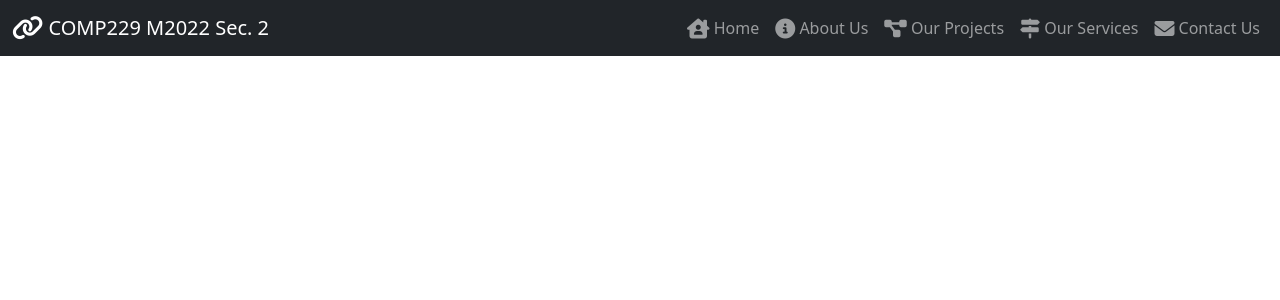
Repository: kennixfun/COMP229-M2022-Lab
Page: / (app in Front-End/)
These files come from the project's save history. The page is drawn as it stood at one moment and after the next save; the edit follows.
The browser window is 1280 px wide. The pictures show the whole page.
The project was rebuilt for these pictures with package versions that can differ from the ones it lists, and the page was loaded fresh each time. Also part of the build but not shown: Front-End/src/App.css.

Above is the page before, as saved 2022-07-19 20:02:00.

### Front-End/public/index.html
<!DOCTYPE html>
<html lang="en">
  <head>
    <meta charset="utf-8" />
    <link rel="icon" href="%PUBLIC_URL%/favicon.ico" />
    <meta name="viewport" content="width=device-width, initial-scale=1" />
    <meta name="theme-color" content="#000000" />
    <meta
      name="description"
      content="Web site created using create-react-app"
    />
    <link rel="apple-touch-icon" href="%PUBLIC_URL%/logo192.png" />
    <!--
      manifest.json provides metadata used when your web app is installed on a
      user's mobile device or desktop. See https://developers.google.com/web/fundamentals/web-app-manifest/
    -->
    <link rel="manifest" href="%PUBLIC_URL%/manifest.json" />
    <!--
      Notice the use of %PUBLIC_URL% in the tags above.
      It will be replaced with the URL of the `public` folder during the build.
      Only files inside the `public` folder can be referenced from the HTML.

      Unlike "/favicon.ico" or "favicon.ico", "%PUBLIC_URL%/favicon.ico" will
      work correctly both with client-side routing and a non-root public URL.
      Learn how to configure a non-root public URL by running `npm run build`.
    -->
    <title>COMP 229</title>
  </head>
  <body>
    <noscript>You need to enable JavaScript to run this app.</noscript>
    <div id="root"></div>
    <!--
      This HTML file is a template.
      If you open it directly in the browser, you will see an empty page.

      You can add webfonts, meta tags, or analytics to this file.
      The build step will place the bundled scripts into the <body> tag.

      To begin the development, run `npm start` or `yarn start`.
      To create a production bundle, use `npm run build` or `yarn build`.
    -->
  </body>
</html>

### Front-End/src/App.tsx
import React from 'react';
import { BrowserRouter, Route, Routes } from 'react-router-dom';

// Common Components
import Header from './components/header';

// Content Components
import Home from './content/home';

// Styles and Fonts
import 'bootstrap/dist/css/bootstrap.min.css';
import '@fortawesome/fontawesome-free/css/all.min.css';
import './App.css';

function App() {
  return (
    <div className="App">
      <BrowserRouter>
        <Header></Header>

        {/* Client-Side Routing */}
        <Routes>
          <Route path="/" />
        </Routes>

      </BrowserRouter>
    </div>
  );
}

export default App;

### Front-End/src/components/header.tsx
import React from 'react';
import { NavLink } from 'react-router-dom';

function Header()
{
    return (
        <nav className="navbar navbar-expand-lg navbar-dark bg-dark">
    <div className="container-fluid">
      <NavLink to={"/"} className="navbar-brand"><i className="fa-solid fa-link fa-lg"></i> COMP229 M2022 Sec. 2</NavLink>
      <button className="navbar-toggler" type="button" data-bs-toggle="collapse" data-bs-target="#navbarSupportedContent" aria-controls="navbarSupportedContent" aria-expanded="false" aria-label="Toggle navigation">
        <span className="navbar-toggler-icon"></span>
      </button>
      <div className="collapse navbar-collapse" id="navbarSupportedContent">
        <ul className="navbar-nav ms-auto mb-2 mb-lg-0">
          <li className="nav-item">
            <NavLink to={"/home"} className="nav-link" aria-current="page"><i className="fa-solid fa-house-chimney-user fa-lg"></i> Home</NavLink>
          </li>
          <li className="nav-item">
            <NavLink to={"/about"} className="nav-link" aria-current="page"><i className="fa-solid fa-circle-info fa-lg"></i> About Us</NavLink>
          </li>
          <li className="nav-item">
            <NavLink to={"/projects"} className="nav-link" aria-current="page"><i className="fa-solid fa-diagram-project fa-lg"></i> Our Projects</NavLink>
          </li>
          <li className="nav-item">
            <NavLink to={"/services"} className="nav-link" aria-current="page"><i className="fa-solid fa-signs-post fa-lg"></i> Our Services</NavLink>
          </li>
          <li className="nav-item">
            <NavLink to={"/contact"} className="nav-link" aria-current="page"><i className="fa-solid fa-envelope fa-lg"></i> Contact Us</NavLink>
          </li>
        </ul>
      </div>
    </div>
  </nav>
    )
}

export default Header;

### Front-End/src/content/home.tsx
import React from 'react';
import { Link } from 'react-router-dom';

function Home()
{
    return(
        <div className="container">
            <h1 className="mb-5">Welcome to our Site!</h1>

            <Link to="/about">
                <button className="btn btn-primary">Learn About Us!</button>
            </Link>
        </div>
    )
}

export default Home;

Loaded but not shown: Front-End/src/index.tsx (common file); Front-End/src/index.css (common file); Front-End/src/reportWebVitals.ts (common file)

After the next save:
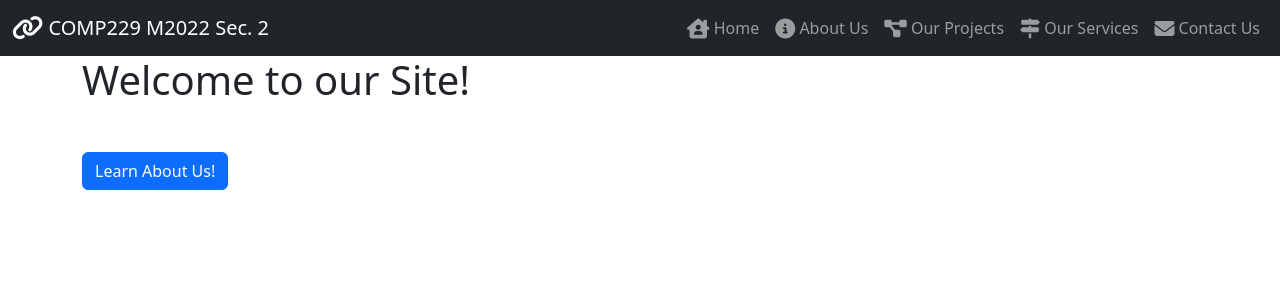
Saved 26 s later.
--- a/Front-End/src/App.tsx
+++ b/Front-End/src/App.tsx
@@ -20,7 +20,7 @@ function App() {
 
         {/* Client-Side Routing */}
         <Routes>
-          <Route path="/" />
+          <Route path="/" element={<Home />} />
         </Routes>
 
       </BrowserRouter>
